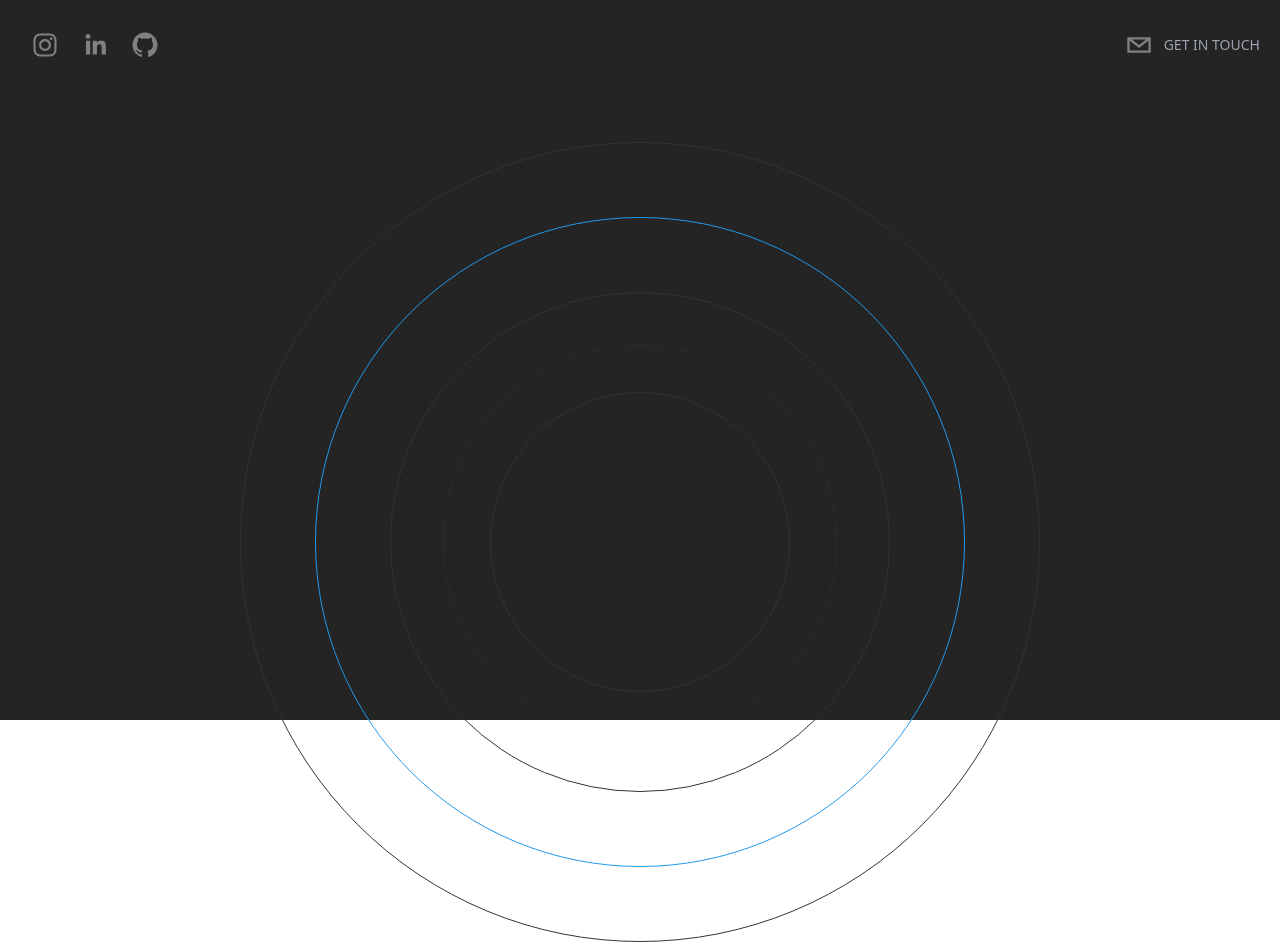
Repository: husainmamuwala/portfolio2.0
Page: /
These files come from the project's save history. The page is drawn as it stood at one moment and after the next save; the edit follows.
The browser window is 1280 px wide. The pictures show the whole page.
The project was rebuilt for these pictures with package versions that can differ from the ones it lists, and the page was loaded fresh each time. The framework's server and built-in components were replaced by stand-ins that run in the browser. Also part of the build but not shown: next.config.js.

Above is the page before, as saved 2022-09-17 18:41:25.

### pages/index.tsx
import type { NextPage } from 'next'
import Head from 'next/head'
import Image from 'next/image'
import Header from '../components/Header'
import Hero from '../components/Hero'
import styles from '../styles/Home.module.css'

const Home: NextPage = () => {
  return (
    <div className='bg-[rgb(36,36,36)] text-white h-screen'>
      <Header/>
      <section id='hero'>
      <Hero/>
      </section>
    </div>

  )
}

export default Home

### components/Header.tsx
import React from 'react'
import { SocialIcon } from 'react-social-icons';
import {motion} from 'framer-motion'

type Props = {}

export default function Header({}: Props) {
  return (
    <header className='sticky top-0 p-5 flex items-start max-w-7xl justify-between mx-auto z-20
    xl:items-center'>

        <motion.div
        initial={{
            x:-500,
            opacity:0,
            scale:0.5
        }}
        animate={{
            x:0,
            opacity:1,
            scale:1
        }}
        transition={{
            duration:1.5
        }}
        className='flex flex-row items-center'>
            <SocialIcon
            url='https://www.instagram.com/husain_mamuwala'
            fgColor='gray'
            bgColor='transparent'/>
             <SocialIcon
            url='https://www.linkedin.com/husain_mamuwala'
            fgColor='gray'
            bgColor='transparent'/>
             <SocialIcon
            url='https://www.github.com/husain_mamuwala'
            fgColor='gray'
            bgColor='transparent'/>
        </motion.div>

        <motion.div
        initial={{
            x:500,
            opacity:0,
            scale:1.5
        }}
        animate={{x:0,opacity:1,scale:1}}
        transition={{duration:1.5}}
        className="flex felx-row items-center text-gray-400">
            <SocialIcon
            className='cursor-pointer'
            network='email'
            fgColor='gray'
            bgColor='transparent'/>

            <p className=' uppercase hidden md:inline-flex text-sm text-gray-400'>
                Get In Touch
            </p>
        </motion.div>
    </header>

  )
}

### components/Hero.tsx
import React from 'react'
import {useTypewriter,Cursor} from 'react-simple-typewriter';
import BackgroundCircles from './BackgroundCircles';

type Props = {}

export default function Hero({}: Props) {
    const {text,count} = useTypewriter({
        words:["Hi , My Name is Husain","Guy-who-loves-cycling.tsx","<Student/>"],
        loop:true,
        delaySpeed: 2000,
    });
  return (
    <div className='h-screen flex flex-col items-center justify-center'>
        <BackgroundCircles/>
        <h1>
            <span>{text}</span>
            <Cursor />
        </h1>

    </div>
  );
}

### components/BackgroundCircles.tsx
import React from 'react'

type Props = {}

function BackgroundCircles({}: Props) {
  return (
    <div className='relative flex justify-center items-center'>
        <div className='absolute border [#333333] rounded-full h-[200px] w-[200px] mt-52 animate-ping '/>
        <div className=' absolute border border-[#333333] rounded-full h-[300px] w-[300px] mt-52'/>
        <div className=' absolute border border-[#333333] rounded-full h-[500px] w-[500px] mt-52'/>
        <div className=' absolute border border-[#1f9aec] rounded-full h-[650px] w-[650px] mt-52'/>
        <div className=' absolute border border-[#333333] rounded-full h-[800px] w-[800px] mt-52'/>
    </div>
  )
}

export default BackgroundCircles

Loaded but not shown: pages/_app.tsx (common file); styles/globals.css (common file); tailwind.config.js (common file)

After the next save:
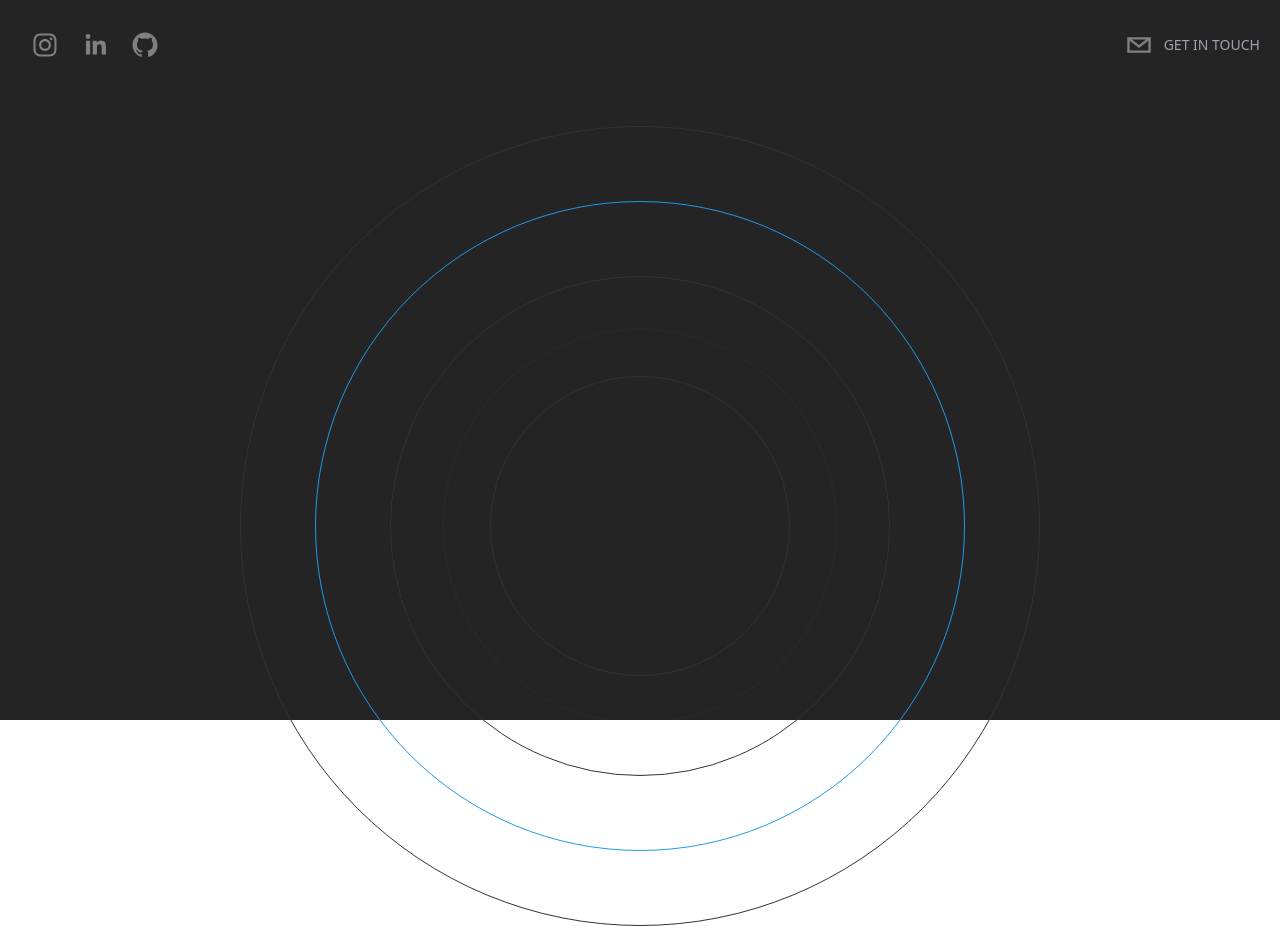
Saved 33 s later.
--- a/components/Hero.tsx
+++ b/components/Hero.tsx
@@ -11,7 +11,7 @@ export default function Hero({}: Props) {
         delaySpeed: 2000,
     });
   return (
-    <div className='h-screen flex flex-col items-center justify-center'>
+    <div className='h-screen flex flex-col items-center justify-center space-y-8'>
         <BackgroundCircles/>
         <h1>
             <span>{text}</span>
